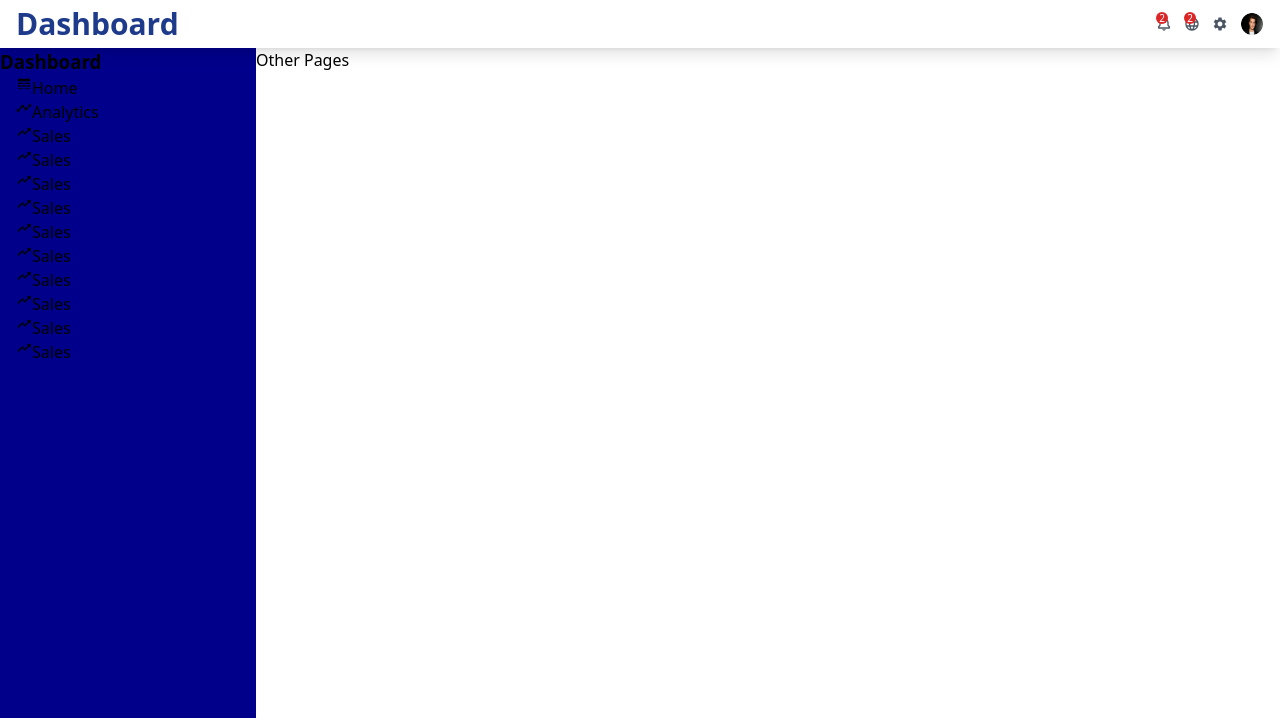
Repository: nation430/React-AdminDashboard
Page: /
An editor plug-in stored every save of this project. The page is shown before and after the next save, followed by the edit.
The browser window is 1280 px wide. The pictures show the whole page.
The project was rebuilt for these pictures with package versions that can differ from the ones it lists, and the page was loaded fresh each time.

Above is the page before, as saved 2022-08-18 11:50:12.

After the next save:
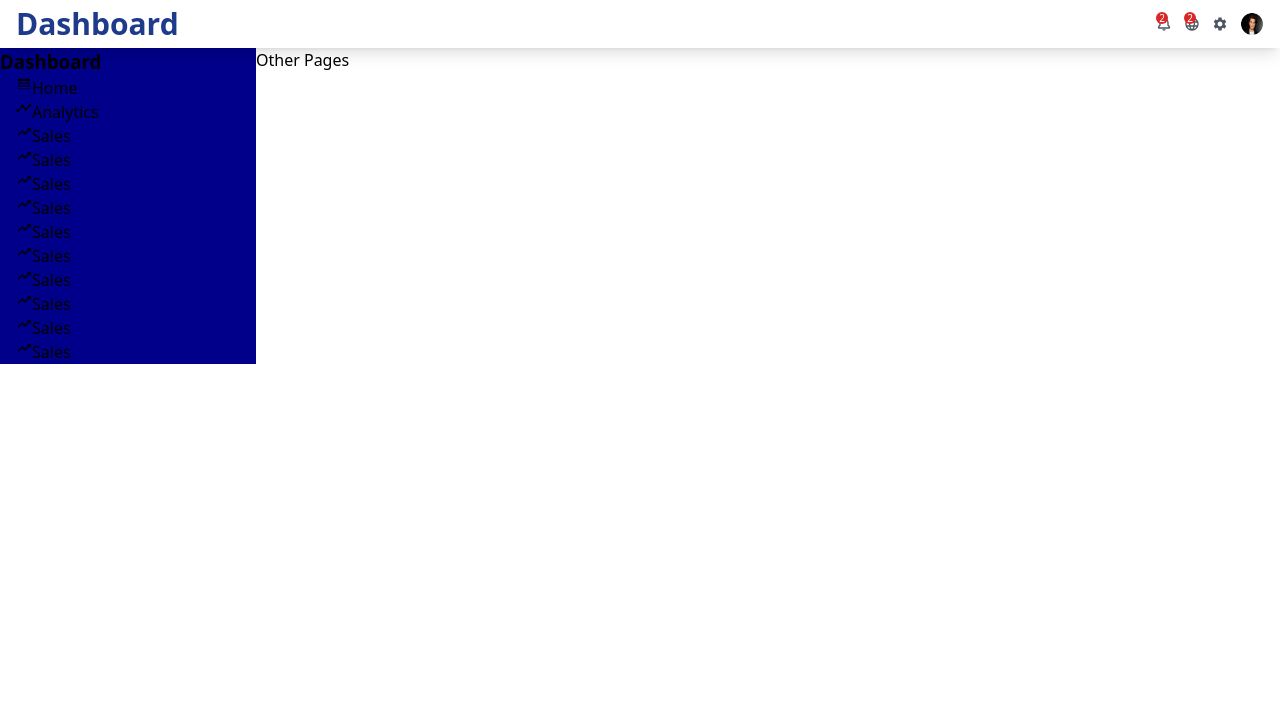
Saved 48 s later.
--- a/src/components/sidebar/sidebar.css
+++ b/src/components/sidebar/sidebar.css
@@ -1,5 +1,5 @@
 .sidebar{
     flex: 1;
-    height: calc(100vh - 50px);
+    height: 100%;
     background: darkblue;
 }

After the save that followed:
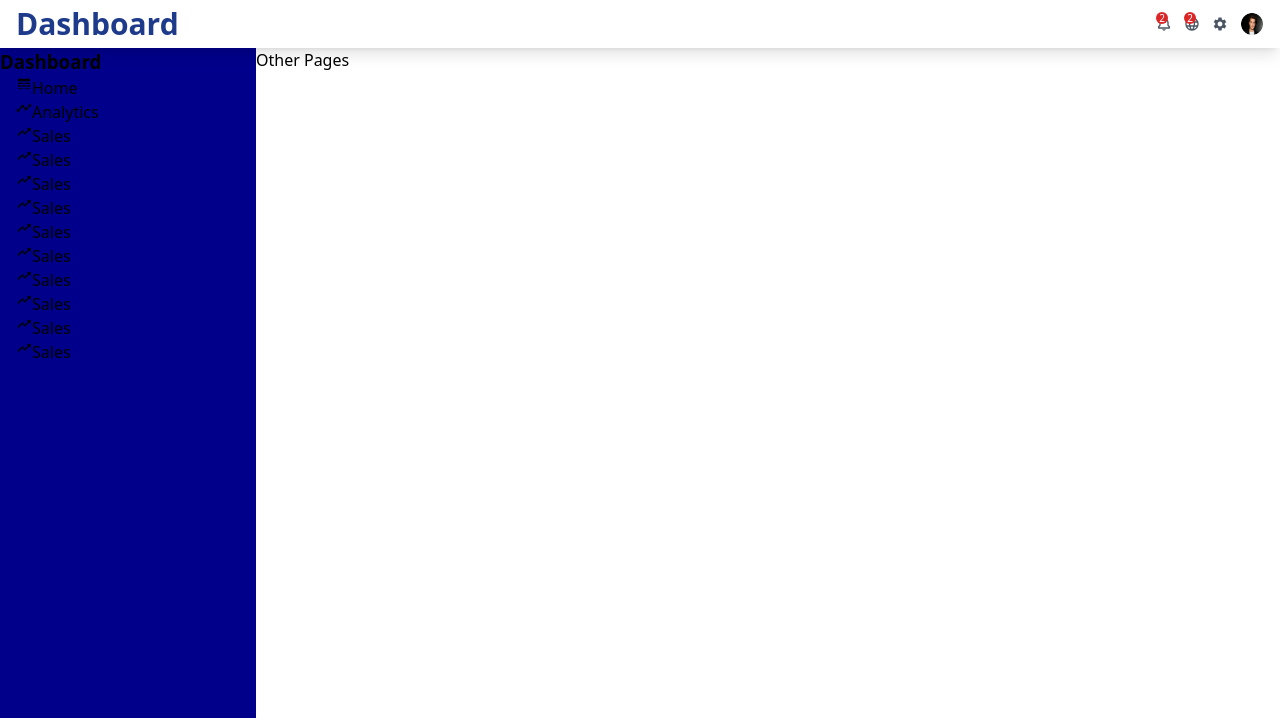
Saved 18 s later.
--- a/src/components/sidebar/sidebar.css
+++ b/src/components/sidebar/sidebar.css
@@ -1,5 +1,5 @@
 .sidebar{
     flex: 1;
-    height: 100%;
+    height: calc(100vh - 50px);
     background: darkblue;
 }
